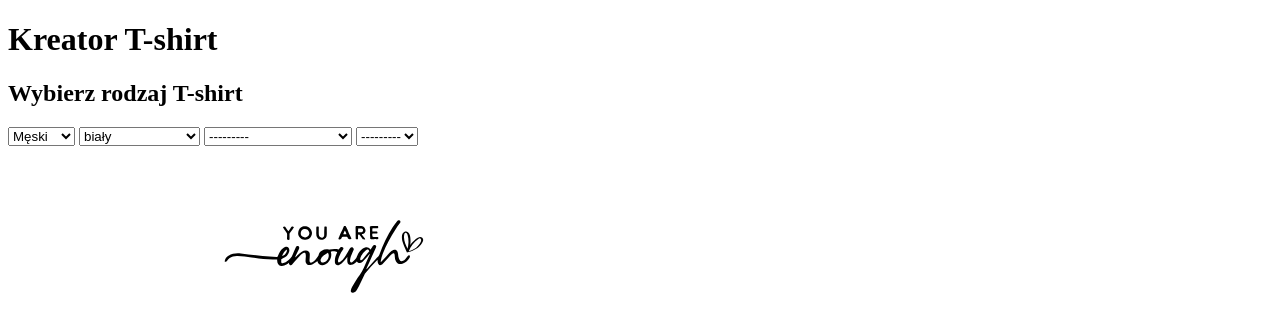
Repository: artek313/clothes
Page: index.html
These files come from the project's save history. The page is drawn as it stood at one moment and after the next save; the edit follows.
The browser window is 1280 px wide. The pictures show the whole page.

Above is the page before, as saved 2024-04-29 16:19:11.

After the next save:
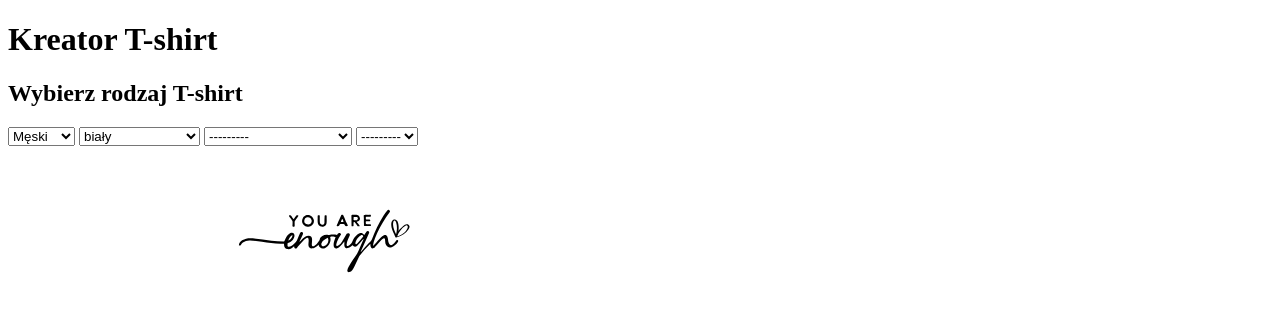
Saved 6 min 11 s later.
--- a/style.css
+++ b/style.css
@@ -8,7 +8,7 @@
 	position: relative;
 }
 .overprint {
-	width: 35%;
+	width: 30%;
 	position: absolute;
 	top: 20%;
 	left: 50%;
